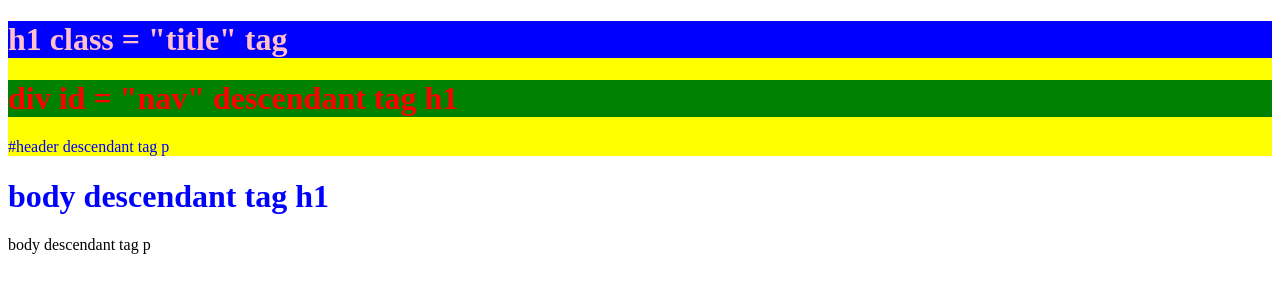
Repository: LucestDail/WebEclipse-Workspace
Page: htmlProject/WebContent/cssEx4.html
The author's editor kept a copy of each file at every save. The page is drawn from the files as they stood at one save, then again after the next save.
The browser window is 1280 px wide. The pictures show the whole page.

Above is the page before, as saved 2020-11-06 06:08:56.

After the next save:
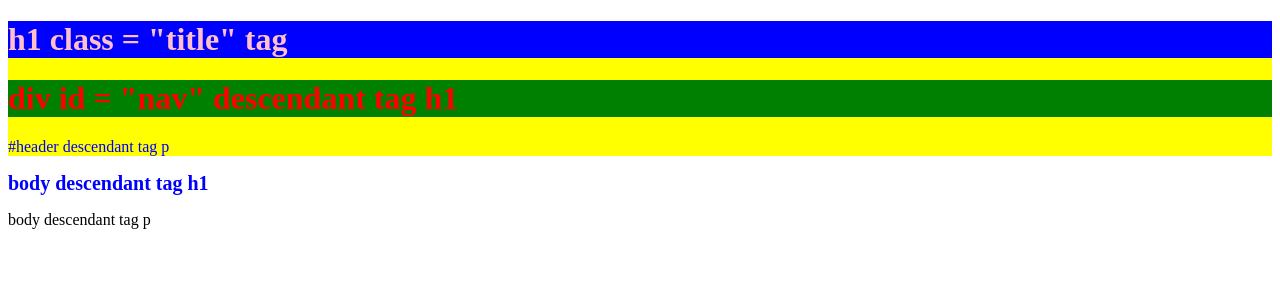
Saved 9 s later.
--- a/htmlProject/WebContent/cssEx4.html
+++ b/htmlProject/WebContent/cssEx4.html
@@ -26,8 +26,7 @@
 	{
 		background:blue;
 	}
-	h1
-	#content{
+	h1#content{
 	font-size:20px;
 	}
 
